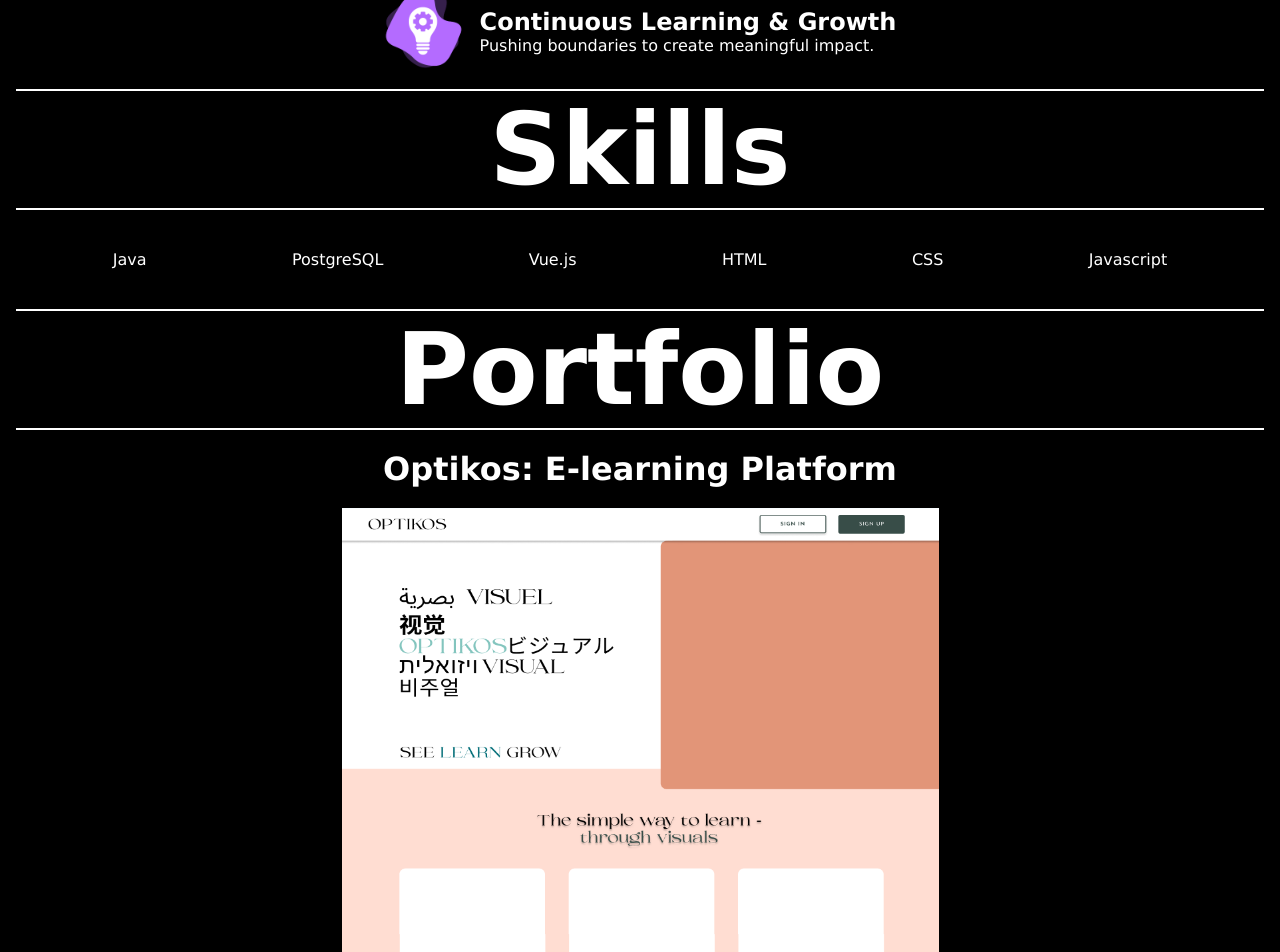
Repository: woodsdeshe/portfolio
Page: index.html
An editor plug-in stored every save of this project. The page is shown before and after the next save, followed by the edit.
The browser window is 1280 px wide. The pictures show the part of the page from y = 1401 to 2353 px (the page is 2531 px tall before and 2547 px after).
A picture or video elsewhere on the page could not be fetched, so the positions and the page height are approximate. Some web fonts or font styles are not loaded; a fallback is used.

Above is the page before, as saved 2023-06-11 16:04:54.

### index.html
<!DOCTYPE html>
<html lang="en">
<head>
    <meta charset="UTF-8">
    <meta http-equiv="X-UA-Compatible" content="IE=edge">
    <meta name="viewport" content="width=device-width, initial-scale=1.0">
    <title data-aos="fade-down">DeShe Woods | Software Engineer</title>
    <link rel="stylesheet" href="style.css">
    <link rel="stylesheet" href="https://cdnjs.cloudflare.com/ajax/libs/aos/2.3.4/aos.css" />
</head>
<body>
    <div class="container">
        <video autoplay muted loop>
            <source src="./images/pexels-crazy-motions-11738195-1920x1080-24fps.mp4" type="video/mp4">
        </video>
        <div class="header">
            <h1>DESHE WOODS</h1>
        </div>
    </div>
    <div class="subheader">
        <h3>SOFTWARE ENGINEER | VISUAL ARTIST</h3>
    </div>
    <nav class="navbar">
        <ul>
            <li><a href="#about">About</a></li>
            <li><a href="#skills">Skills</a></li>
            <li><a href="#portfolio">Portfolio</a></li>
            <li><a href="#contact">Contact</a></li>
        </ul>
    </nav>
    <div class="headshot" data-aos="fade-up">
        <img src="./images/Headshot.jpg" alt="Picture of DeShe Woods">
    </div>
    <div class="about-me" data-aos="fade-up">
        <div class="about-container">
            <div class="logo">
                <img src="./images/code-logo.png" alt="Software Engineer Logo">
            </div>
            <div class="about-content">
                <h2>Passionate Software Engineer</h2>
                <p>Ready to tackle coding challenges with enthusiasm.</p>
            </div>
        </div>
        <div class="about-container">
            <div class="logo">
                <img src="./images/diversity-logo.png" alt="Tea Lover Logo">
            </div>
            <div class="about-content">
                <h2>Tea Lover & Detail-Oriented</h2>
                <p>Committed to fostering diversity in tech.</p>
            </div>
        </div>
        <div class="about-container">
            <div class="logo">
                <img src="./images/gears-logo.png" alt="Continuous Learning Logo">
            </div>
            <div class="about-content">
                <h2>  Continuous Learning & Growth</h2>
                <p>Pushing boundaries to create meaningful impact.</p>
            </div>
        </div>
    </div>


    <div class="skills-header">
        <h1 id="skills">Skills</h1>
    </div>
    <div class="skills-content" data-aos="fade-up">
        <span class="skill">Java</span>
        <span class="skill">PostgreSQL</span>
        <span class="skill">Vue.js</span>
        <span class="skill">HTML</span>
        <span class="skill">CSS</span>
        <span class="skill">Javascript</span>
    </div>
    <div class="portfolio-header">
        <h1 id="portfolio">Portfolio</h1>
    </div>
    <div class="optikos" data-aos="fade-up">
        <h1>Optikos: E-learning Platform</h1>
        <img src="./images/Screenshot (6).png" alt="Screenshot of Optikos home page">
    </div>
    <div class="contact" id="contact">
        <h2>Contact</h2>
    </div>
   <footer>
    <a href="#">LinkedIn</a> |
    <a href="#">Github</a> |
    <a href="#">Email</a>
   </footer>

   <script src="https://cdnjs.cloudflare.com/ajax/libs/jquery/3.6.0/jquery.min.js"></script>
   <script src="https://cdnjs.cloudflare.com/ajax/libs/aos/2.3.4/aos.js"></script>
   <script>
     AOS.init();
   </script>
</body>
</html>

### style.css
@import url('https://fonts.googleapis.com/css2?family=Climate+Crisis&display=swap');

* {
    margin: 0;
    padding: 0;
    box-sizing: border-box;
}

body:not(.container) {
    background-color: #000;
    font-family: Verdana, Geneva, Tahoma, sans-serif;
    color: white;
    overflow-y: scroll;
}

.container {
    width: 100%;
    min-height: 100vh;
    position: relative;
    overflow: hidden;
}

.container video {
    height: 100%;
    width: 100%;
}

.header h1{
    font-family:'Climate Crisis', cursive, Verdana;
    font-size: 200px;
    font-weight: 900;
    text-align: center;
    color: white;
    position: absolute;
    top: 0;
    left:0;
    background: #000;
    height: 100%;
    width: 100%;
    display:flex;
    align-items: center;
    justify-content: center;
    flex-wrap: wrap;
    mix-blend-mode: multiply;
}

.subheader {
    border-top: 2px solid white;
    border-bottom: 2px solid white;
    padding: 1rem;
    text-align: center;
    font-size: 40px;
}

.navbar {
    background-color: #000;
    padding: 1rem;
    text-align: center;
}

.navbar ul {
    list-style-type: none;
}

.navbar li {
    display: inline-block;
    margin-right: 1rem;
}

.navbar a {
    text-decoration: none;
    color: white;
    font-size: 20px;
    font-weight: bold;
    padding: 0.5rem 1rem;
}

.navbar a:hover {
    background-color: #b46bff;
    border-radius: 5px;
}


.headshot img {
    height:400px;
    width: 400px;
    align-content: center;
    display:block;
    margin-left: auto;
    margin-right: auto;
    margin-top: 20px;
    margin-bottom: 20px;
}


.about-me {
    display: flex;
    flex-wrap: wrap;
    justify-content: center;
}

.about-container {
    display: flex;
    align-items: center;
    margin: 0 2rem;
}

.logo img {
    height: 80px;
    width: 80px;
}

.about-content {
    margin-left: 1rem;
}

.portfolio-header, .skills-header, .contact h2 {
    font-size: 50px;
    text-align: center;
    border-top: 2px solid white;
    border-bottom: 2px solid white;
    margin: 1rem
}

.skills-content {
    display: flex;
    flex-direction: row;
    justify-content: space-around;
    margin: 40px;
}

.skills-content > p:hover {
    background-color: #b46bff;
    border-radius: 5px;
    cursor: pointer;
    padding: 5px;
}


.portfolio {
    display: flex;
    flex-direction: column;
}

.optikos img {
   width: 597px;
   height: 500px;
   display: block;
   margin-left: auto;
    margin-right: auto;
    margin-bottom: 20px;
}


.optikos h1 {
    text-align: center;
    margin: 20px;
}

.optikos p {
    grid-area: "optikos-content";
}

.contact h2{
    font-size: 50px
}

footer {
    display: flex;
    justify-content: center;
    font-size: 20px;
}

footer a {

        box-shadow: inset 0 0 0 0 #54b3d6;
        color: white;
        margin: 0 -.25rem;
        padding: 0 .25rem;
        transition: color .3s ease-in-out, box-shadow .3s ease-in-out;
}

footer a:hover {
    box-shadow: inset 100px 0 0 0 #54b3d6;
    color: white;
}

@media screen and (max-width: 768px) {
.container {
        min-height: auto;
        height: 100vh;
    }
    .container video {
        height: auto;
        width: 100%;
    }

    .about-me {
        flex-direction: column;
        align-items: center;
    }

    .about-container {
        margin: 1rem 0;
    }

    .about-content {
        margin-left: 0;
        margin-top: 1rem;
    }
}

body:not(.container) {
    overflow-x: hidden;
}

After the next save:
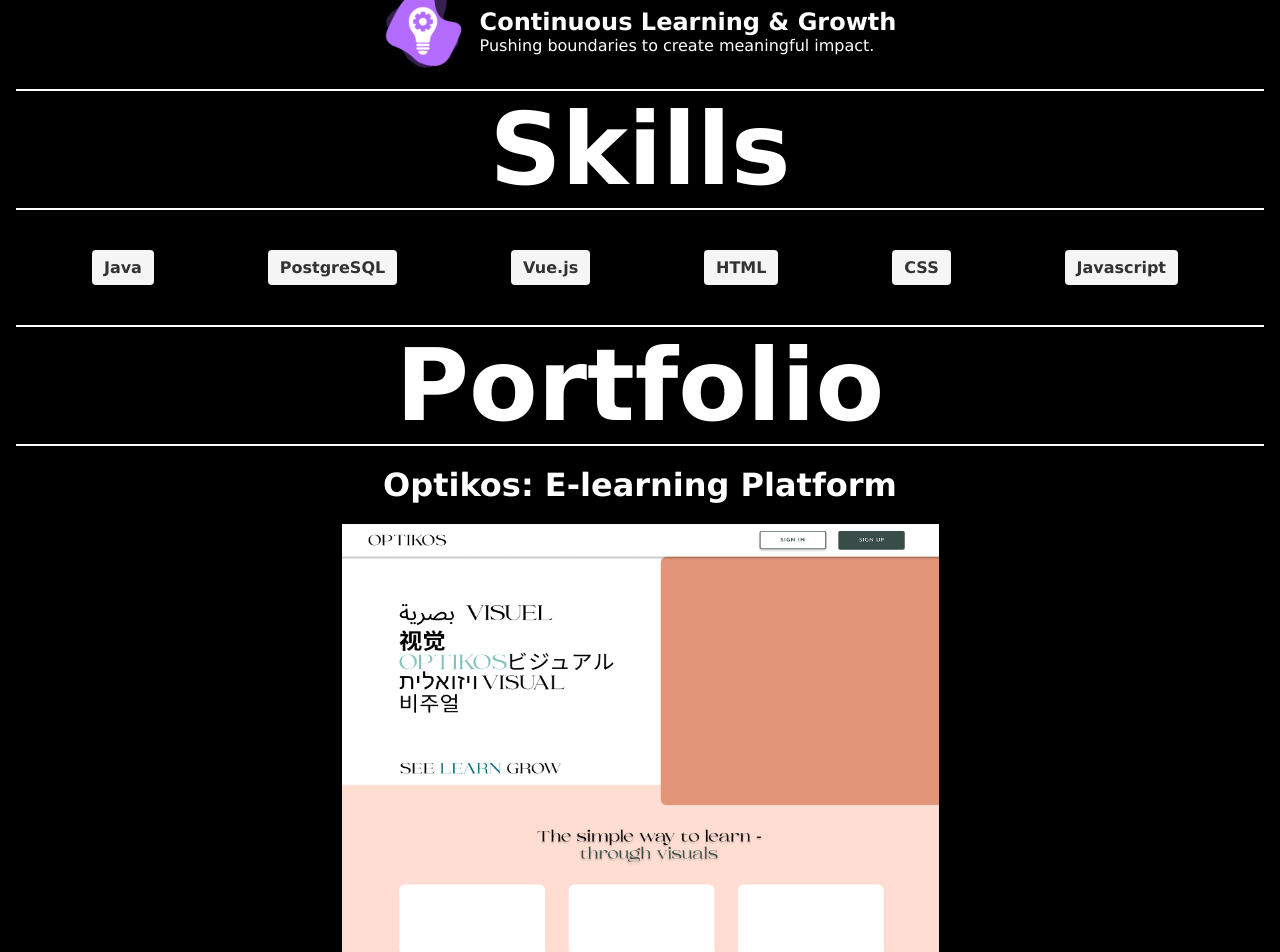
Saved 13 s later.
--- a/style.css
+++ b/style.css
@@ -129,12 +129,22 @@ body:not(.container) {
     margin: 40px;
 }
 
-.skills-content > p:hover {
-    background-color: #b46bff;
-    border-radius: 5px;
-    cursor: pointer;
-    padding: 5px;
-}
+.skill {
+    display: inline-block;
+    padding: 8px 12px; /* Adjust the padding according to your preference */
+    margin-right: 10px; /* Adjust the spacing between skill elements */
+    font-size: 16px; /* Adjust the font size */
+    font-weight: bold; /* Adjust the font weight */
+    text-decoration: none;
+    color: #333; /* Adjust the text color */
+    background-color: #f5f5f5; /* Adjust the background color */
+    border-radius: 4px;
+    transition: background-color 0.3s ease; /* Add a smooth transition effect */
+  }
+
+  .skill:hover {
+    background-color: #ddd; /* Change the background color on hover */
+  }
 
 
 .portfolio {
